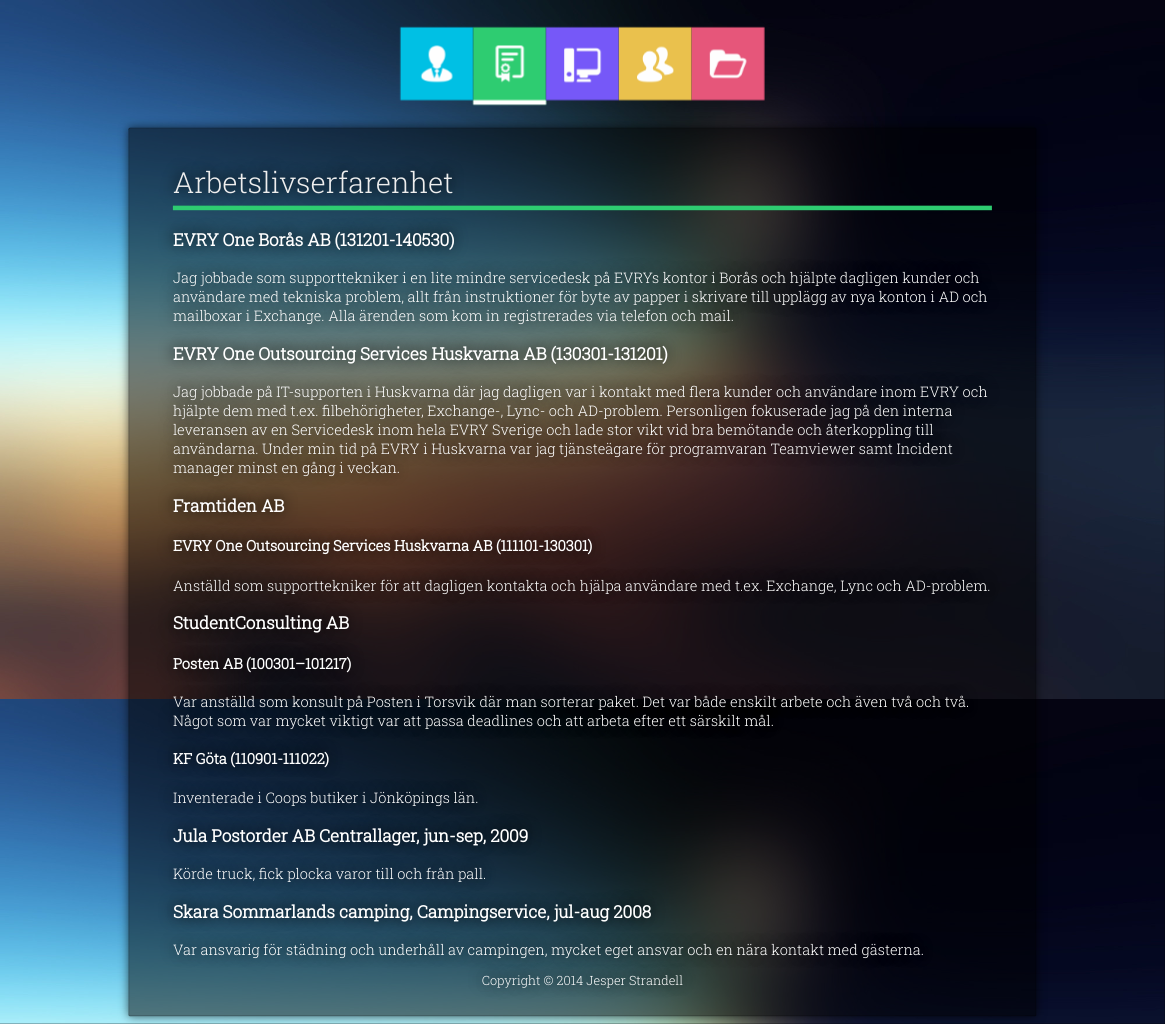
Repository: ja222vv/minipage
Page: pages/experience.html
The author's editor kept a record of every edit. The page is drawn from the files as they stood at one moment, then again after the next edit.
The browser window is 1280 px wide. The pictures show the whole page, at 91% of full size.
Backgrounds fixed to the window are drawn as part of the page.

Above is the page before.
Not found: pages/scripts/script.js

### pages/experience.html
<!doctype html>
<html lang="sv">
    <head>
        <meta charset="UTF-8" />
        <title>Arbetslivserfarenhet</title>
        <link rel="stylesheet" href="../css/style.css" />
        <link rel="stylesheet" href="../css/hover.css" />
    </head>
    <body>
        <div class="menu">
            <div class="tile blue shrink" id="aboutme">
                <a href="../index.html">
            	<img src="../css/pics/personimage.png" class="icon" />
            	<span class="title"></span>
                </a>
            </div>
            <div class="tile mint active shrink" id="experience">
                <a href="#" id="link_exp">
            	<img src="../css/pics/diploma.png" class="icon" />
            	<span class="title"></span>
            	</a>
            </div>
            <div class="tile purple shrink" id="knowledge">
                <a href="knowledge.html">
            	<img src="../css/pics/workstation.png" class="icon" />
                <span class="title"></span>
                </a>
            </div>
            <div class="tile yellow shrink" id="references">
                <a href="references.html">
                <img src="../css/pics/group.png" class="icon" />
            	<span class="title"></span>
                </a>
            </div>
            <div class="tile red shrink" id="portfolio">
            	<a href="portfolio.html">
            	<img src="../css/pics/folder.png" class="icon" />
            	<span class="title"></span>
            	</a>
            </div>
        </div>
        <div class="container">
		    <div class="headermint">
                <h1>Arbetslivserfarenhet</h1>
            </div>
            <div class="subcontent">
                <h3>EVRY One Borås AB (131201-140530)</h3>
                    Jag jobbade som supporttekniker i en lite mindre servicedesk på EVRYs kontor i Borås och hjälpte dagligen kunder och användare med tekniska problem,
                    allt från instruktioner för byte av papper i skrivare till upplägg av nya konton i AD och mailboxar i Exchange. Alla ärenden som kom in registrerades via telefon och mail.
                <h3>EVRY One Outsourcing Services Huskvarna AB (130301-131201)</h3>
                    Jag jobbade på IT-supporten i Huskvarna där jag dagligen var i kontakt med flera kunder och användare inom EVRY och hjälpte dem
                    med t.ex. filbehörigheter, Exchange-, Lync- och AD-problem. Personligen fokuserade jag på den interna leveransen av en Servicedesk
                    inom hela EVRY Sverige och lade stor vikt vid bra bemötande och återkoppling till användarna. Under min tid på EVRY i Huskvarna var jag tjänsteägare
                    för programvaran Teamviewer samt Incident manager minst en gång i veckan.
                <h3>Framtiden AB</h3>
                    <h4>EVRY One Outsourcing Services Huskvarna AB (111101-130301)</h4>
                        Anställd som supporttekniker för att dagligen kontakta och hjälpa användare med t.ex. Exchange, Lync och AD-problem.
                <h3>StudentConsulting AB</h3>
                    <h4>Posten AB (100301–101217)</h4>
                            Var anställd som konsult på Posten i Torsvik där man sorterar paket. Det var både enskilt arbete och även två och två. Något som var mycket viktigt var att passa deadlines och att arbeta efter ett särskilt mål.
                    <h4>KF Göta (110901-111022)</h4>
                            Inventerade i Coops butiker i Jönköpings län.
                <h3>Jula Postorder AB Centrallager, jun-sep, 2009</h3>
                        Körde truck, fick plocka varor till och från pall.
                <h3>Skara Sommarlands camping, Campingservice, jul-aug 2008</h3>
                        Var ansvarig för städning och underhåll av campingen, mycket eget ansvar och en nära kontakt med gästerna.
            </div>
		    <div class="footer">
		        <p>Copyright © 2014 Jesper Strandell</p>
		    </div>
        </div>
        <script type="text/javascript" src="scripts/script.js"></script>
    </body>
</html>

### css/style.css
@import url(//fonts.googleapis.com/css?family=Roboto+Slab:300);

@font-face {
    font-family: LeagueScript;
    src: url('LeagueScript.otf');
}

/*
outline: 7px solid rgba(255,255,255,0);
transition: outline .5s ease-out;
position: relative; /* outline */

html {
	background: #000 url(pics/wallpaper.jpg) no-repeat fixed center center;
	background-size: cover;
	overflow-y: scroll;
}

body {
	font-family: 'Roboto slab', serif;
	color: #FFFFFF;
	font-size: 16px;
	text-shadow: 1px 1px 15px #111;
}
img {
    border:none;
}
h1 {
  color: #eee;
  font-weight:normal;
}
.logotype {
    font-family: LeagueScript;
    font-size:36px;
    font-weight: bold;
    margin-left:30px;
    float:left;
}
.meta {
    font-size:20px;
    font-family: LeagueScript;
    text-align:center;
    margin-left:60px;
    float:left;
}
.meta p {
    margin:0;
    text-shadow: -1px -1px 15px #000000;
}
/* Menyn börjar */
.menu {
    width: 400px;
    height: 80px;
    margin-top:30px;
    margin-left:auto;
	margin-right:auto;
}
.headerblue {
    margin-left:auto;
	margin-right:auto;
	border-bottom: solid 5px #00c0e4;
}
.headermint {
    margin-left:auto;
	margin-right:auto;
	border-bottom: solid 5px #2ecc71;
}
.headerpurple {
    margin-left:auto;
	margin-right:auto;
	border-bottom: solid 5px #7658f8;
}
.headeryellow {
    margin-left:auto;
	margin-right:auto;
	border-bottom: solid 5px #eac14d;
}
.headerred {
    margin-left:auto;
	margin-right:auto;
	border-bottom: solid 5px #e6567a;
}
.headerblue h1, .headermint h1, .headerpurple h1, .headeryellow h1, .headerred h1 {
    margin-bottom: 5px;
}
.tile {
    width: 80px;
	height: 80px;
	text-align: center;
	float:left;
}
.tile > a {
	width: inherit;
	height: inherit;
	display: block;
	color: #fff;
	text-decoration: none !important;
}
.active {
    border-bottom:solid 5px #FFFFFF;
}
.blue {
    background-color: #00c0e4;
}
.mint {
    background-color: #2ecc71;
}
.purple {
    background-color: #7658f8;
}
.yellow {
    background-color: #eac14d;
}
.red {
    background-color: #e6567a;
}
.icon {
	max-width:40px;
    max-height:40px;
    width:auto;
    height:auto;
    margin-top:20px;
}
.title {
	display: block;
}
/* Menyn slutar */
/* Innehåll börjar*/
.container {
    padding: 1em 3em;
	width: 900px;
	min-height: 600px;
	margin-top: 30px;
	margin-left:auto;
	margin-right:auto;
	box-shadow: 0 0 10px rgba(0,0,0,.6);
	border-radius: 2px;
	border: 1px solid #000000;
	border: 1px solid rgba(0,0,0,.3);
	background: rgba(0,0,0,.5);
	text-shadow: -1px -1px 15px #000000;
	filter: progid:DXImageTransform.Microsoft.gradient(GradientType=0,startColorstr='#4c000000', endColorstr='#4c000000');

}
.subcontent {
    min-height: 470px;
}
.nostyle {
    list-style:none;
}
.footer {
    font-size: 14px;
    text-align:center;
}
/* Innehåll slutar*/


* {
	-webkit-touch-callout: none;
	-webkit-user-select: none;
	-khtml-user-select: none;
	-moz-user-select: none;
	-ms-user-select: none;
	user-select: none;
}

Loaded but not shown: css/hover.css (2067 lines, source omitted)

After the next edit:
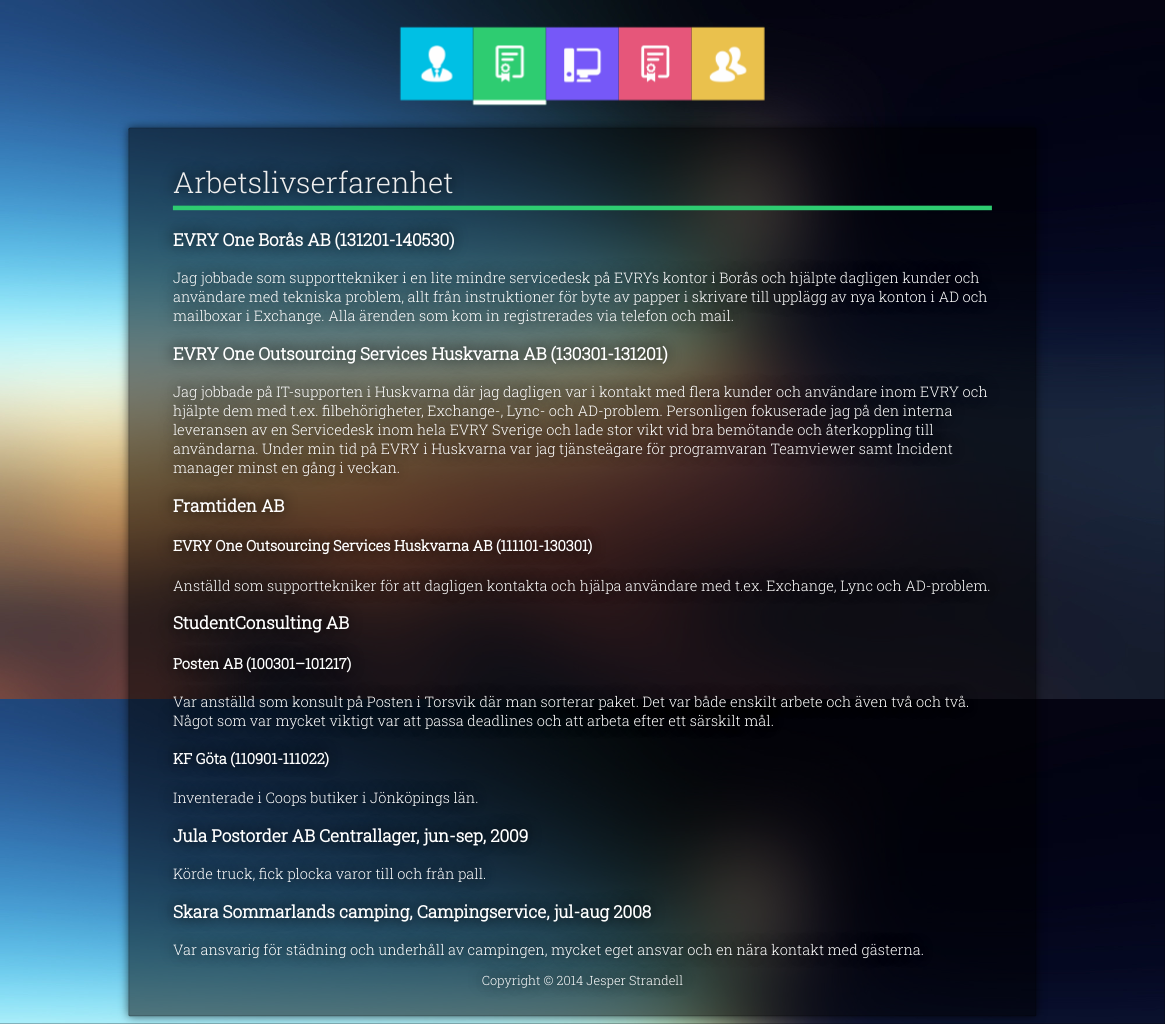
The edit:
--- a/pages/experience.html
+++ b/pages/experience.html
@@ -26,17 +26,17 @@
                 <span class="title"></span>
                 </a>
             </div>
+            <div class="tile red shrink" id="portfolio">
+            	<a href="pages/portfolio.html">
+            	<img src="css/pics/diploma.png" class="icon" />
+            	<span class="title"></span>
+            	</a>
+            </div>
             <div class="tile yellow shrink" id="references">
-                <a href="references.html">
-                <img src="../css/pics/group.png" class="icon" />
+                <a href="pages/references.html">
+                <img src="css/pics/group.png" class="icon" />
             	<span class="title"></span>
                 </a>
-            </div>
-            <div class="tile red shrink" id="portfolio">
-            	<a href="portfolio.html">
-            	<img src="../css/pics/folder.png" class="icon" />
-            	<span class="title"></span>
-            	</a>
             </div>
         </div>
         <div class="container">
